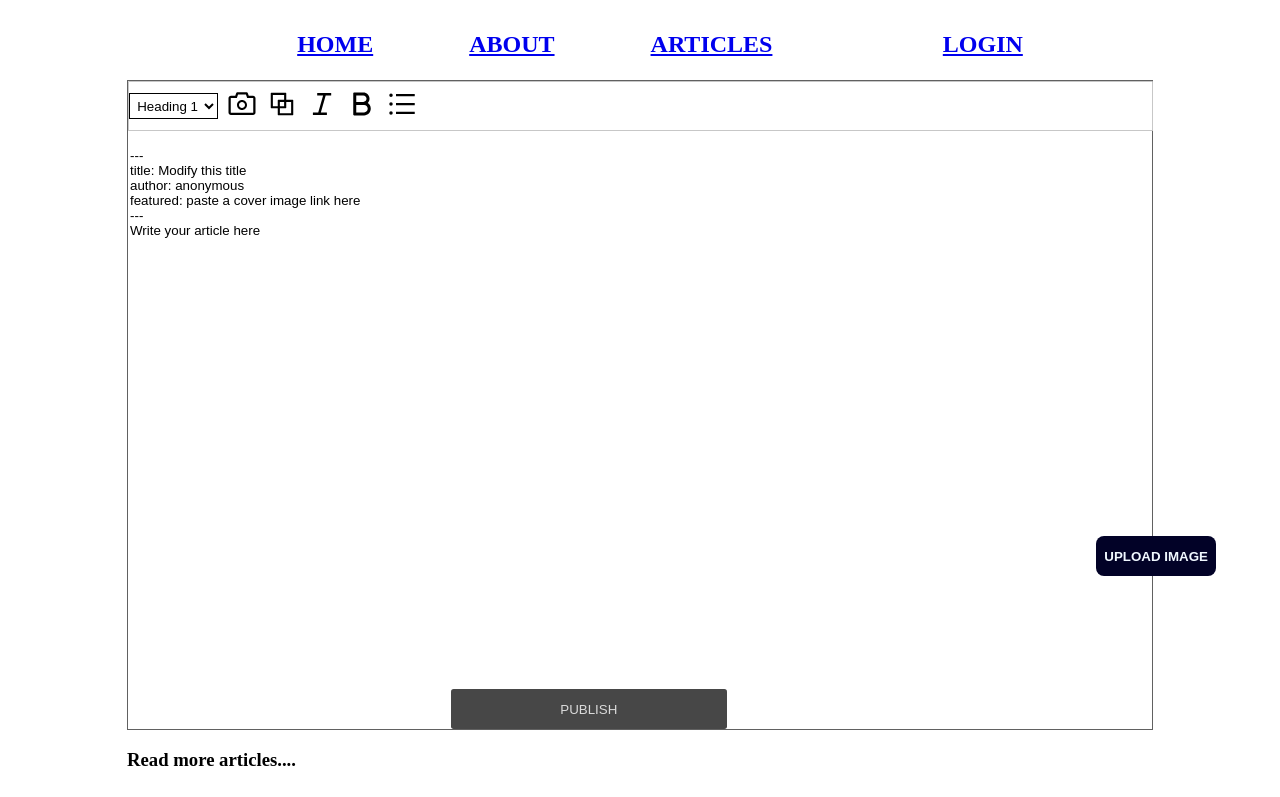
Repository: ValGrace/-static-site
Page: /articles (app in client/)
An editor plug-in stored every save of this project. The page is shown before and after the next save, followed by the edit.
The browser window is 1280 px wide. The pictures show the whole page.
The page's requests for data from a server got no answer. The project was rebuilt for these pictures with package versions that can differ from the ones it lists, and the page was loaded fresh each time. No one was signed in, and anything a server would have sent is missing. Also part of the build but not shown: client/vite.config.js, client/src/Components/Login.jsx, client/src/Components/Signup.jsx, client/src/Components/MidSection.jsx, client/src/Components/HomeSection.jsx, client/src/Components/TopSection.jsx, client/src/MdFiles/MdFileContext.js, client/src/Pages/HomePage.jsx and 1 more.

Above is the page before, as saved 2023-07-01 17:06:10.

### client/index.html
<!DOCTYPE html>
<html lang="en">
  <head>
    <meta charset="UTF-8" />
    <link rel="icon" type="image/svg+xml" href="/vite.svg" />
    <meta name="viewport" content="width=device-width, initial-scale=1.0" />
    <title>Static Site Generator</title>

  </head>
  <body>
    <div id="root"></div>
    <script type="module" src="/src/main.jsx"></script>
  </body>
</html>

### client/src/main.jsx
import React from 'react'
import ReactDOM from 'react-dom/client'
import App from './App'
import './index.css'
import { BrowserRouter } from 'react-router-dom'
ReactDOM.createRoot(document.getElementById('root')).render(
  <React.StrictMode>
    <BrowserRouter>
    <App />
    </BrowserRouter>
  </React.StrictMode>,
)

### client/src/App.jsx
import PageRouter from './Routing/PageRouter'
import './App.css'


function App() {

  return (
    <div className="App">
      <PageRouter />
    </div>
  )
}

export default App

### client/src/Routing/PageRouter.jsx
import Dashboard from "../Pages/Dashboard";
import HomePage from "../Pages/HomePage";
import { Routes, Route} from "react-router-dom"
import AboutPage from "../Pages/aboutPage";
import Articles from "../Pages/Articles";
const PageRouter = () => {
    return (
        <Routes>
            <Route exact path="/" element={ <HomePage />}/>
            <Route path="/login" element={ <Dashboard />}/>
            <Route path="/about" element={<AboutPage />} />
            <Route path="/articles" element={<Articles />} />

        </Routes>
    )
}

export default PageRouter

### client/src/App.css
.App {
  display: flex;
  flex-direction: column;
  justify-content: center;
  align-items: center;
  margin: 0;
  background-color: rgb(255, 255, 255);
}

### client/src/Pages/Dashboard.jsx
import React, { useReducer, useState} from 'react'
import Login from '../Components/Login'
import Signup from '../Components/Signup'
import "../Components/Inputs.css"
import { Link, useNavigate } from 'react-router-dom'
// import { useAuth } from '../Context/UserContext'
import { account } from '../Utils/appwrite'
const initialState = {page : <Login />}
function reducer(state, action) {
    switch(action.type) {
        case 'loginpage':
          return { page: <Login />}
        case 'signuppage':
            return { page: <Signup />}
        default:
            return { page: <h2>Loading....</h2>}
    }
}
const Dashboard = () => {
    const [state, dispatch] = useReducer(reducer, initialState)

    const [ error, setError] = useState('')
    const navigate = useNavigate()
    const ghostLogin = async() => {
        try {
            setError('')
            await account.createAnonymousSession();
            navigate("/")
        }
        catch {
             setError("Failed to Create anonymous account")
        }
    }
    return (
        <div className='dashboard'>
         <h2>Static Site Generator</h2>
         <div>Static site Image</div>
      <div className='dash' id='dash'>
            <div className='toggleForms'>
                <button onClick={() => dispatch({type: 'loginpage'})} className="type-btn">Login</button>
                <button onClick={() => dispatch({type: 'signuppage'})} className="type-btn">Signup</button>
                </div>
            <React.Fragment>{state.page}</React.Fragment>

            <button id="auth-btns" onClick={ghostLogin}>Login with Ghost account</button>
            <h5>{error}</h5>
         </div>
         <Link to="/home">Home</Link>
       </div>
    )
}

export default Dashboard

### client/src/Pages/Articles.jsx
import { useEffect, useRef, useState} from 'react'
import { Axios } from "axios"
import Navbar from '../Components/Navbar'
import { account } from '../Utils/appwrite'
// import { FaBold, FaItalic, FaList} from 'react-icons/fa'
import { AiOutlineItalic, AiOutlineUnorderedList, AiOutlineBold, AiOutlineBlock, AiOutlineCamera} from "react-icons/ai"

const Articles = () => {

  const input = useRef()
  const preview = useRef()

  const [userName] = useState("anonymous")
  const [headStyle, setHeadStyle] = useState("##")
  const [imageData, setImageData] = useState("")
  // const [title, setTitle] = useState('')
  const [currentUser, setCurrentUser] = useState("")
  const articleContext = `
---
title: Modify this title
author: ${currentUser ? currentUser : userName}
featured: paste a cover image link here
---
Write your article here
  `
  const [article, setarticle] = useState(articleContext)


  // get current user account
  const subscriber = () => {
    const unsubscribe = account.get()
    unsubscribe.then(function(promise){
       console.log(promise)
       setCurrentUser(promise.name)
    }, function(error) {
      console.log(error)
    })
    return unsubscribe
  }
  // fetch articles from api
  async function getData() {
    const response =  await fetch('/articles/')
    const postData = await response.json()
    console.log(postData)

  }
  useEffect(()=> {
    subscriber()
    getData()
  }, [])


  const headTwoEvent = (e) => {
    e.preventDefault()
    setHeadStyle(e.target.value)
    input.current.value += headStyle

  }

  const blockEvent = (e) => {
    e.preventDefault()
    input.current.value += "> "
  }

  const italicEvent = (e) => {
    e.preventDefault()
    input.current.value += "*edit this italic text*"
  }

  const boldEvent = (e) => {
    e.preventDefault()
    input.current.value += "**edit this bold text**"
  }
  const editPost = (event) => {
     setarticle(event.target.value)
  }
  const listEvent = (e) => {
      e.preventDefault()
      input.current.value += "\n- "
  }

   const [imageSelected, setImageSelected] = useState()
   const uploadImage = async() => {
    const formdData = new FormData()
    formdData.append("file", imageSelected)
    formdData.append("upload_preset", "blogsite")
    // formData.append("cloud_name", "dnjzdxki1")
    let data = ""
    await Axios.post("https://api.cloudinary.com/v1_1/dnjzdxki1/image/upload", formdData).then((response)=>{
      console.log(response)
      data = response.data["secure_url"]
      setImageData(data)
    })
    input.current.value += `![add alt text here](${imageData})`
    return data
   }
    return (
        <>
          <Navbar />
          <div className="articles">
          <button onClick={uploadImage} className="btn-edit"> Upload Image</button>
            <form className="md-editor" method='post' action='/articles/' encType='multipart/form-data'>

            <div className='article-area'>

              <div className='article-icons'>
                <select value={headStyle} onChange={headTwoEvent}>
                  <option value="# ">Heading 1</option>
                  <option value="## ">Heading 2</option>
                  <option value="### ">Heading 3</option>
                </select>
                              <div>
                <label htmlFor='inputFile'>
                <AiOutlineCamera size="2em"/>
                <input type='file' onChange={(event) => setImageSelected(event.target.files[0])} id="inputFile" accept='image/*'/>
                </label>


                {/* <Image cloudName="" publicId="" /> */}
                </div>
                <span onClick={blockEvent}><AiOutlineBlock size="2em"/></span>
                <span onClick={italicEvent}><AiOutlineItalic size="2em"/></span>
                <span onClick={boldEvent}><AiOutlineBold size="2em"/></span>
                <span onClick={listEvent}><AiOutlineUnorderedList size="2em"/></span>

                </div>

                <textarea value={article} ref={input} onChange={editPost} id='txtarea' name='article'/>
            </div>
            <div className="md-btns">

                <input type='submit' id="md-btn" value='Publish' />
            </div>
            </form>

            <div id="preview" ref={preview}></div>
            <div>

                <h3>Read more articles....</h3>

            </div>
          </div>
        </>
    )
}

export default Articles













//   const submitForm = () => {
//     fetch("/articles/", {
//         method: "POST",
//         headers: {
//             "Content-Type": "application/json",
//         },
//         body: article

//     })
// }

### client/src/Components/Inputs.css
form, #dash {
    width: 80vw;
}
.signupForm, .dash, .dashboard {
   display: flex;
   flex-direction: column;
   justify-content: center;
   align-items: center;
   gap: 0.8em;
}

input, button {
    width: 80%;
    height: 3em;
    background-color: transparent;
    color: black;
}

#sign {
   width: 40vw;
}

.toggleForms {
    display: grid;
    grid-template-columns: 50% 50%;
    gap: 0.4em;
    justify-content: center;
    align-items: center;
}

#inptitle, .article-icons{
   width: 100%;
   border: 0.5px solid rgb(199, 199, 199);
   border-radius: 0.7%;

}

.article-icons {
    width: 79.9vw;
    height: 3em;
    display: flex;
    flex-direction: row;
    align-items: center;
    gap: 0.5em;
}

.article-area {
   margin-top: 0;
   display: flex;
   flex-direction: column;
   height: 90vh;

}

.type-btn {
    background-color: rgb(2, 2, 133);
    border: none;
    width: 20vw;
    border-radius: 8px;
    text-transform: uppercase;
    color: aliceblue;
    font-weight: 700;
}

.type-btn:hover {
   background-color: rgb(1, 1, 22);
}

#auth-btns {
    text-transform: uppercase;
    font-weight: 700;
}

select, option {
    border: 0.08em solid black;
    background-color: transparent;
    font-weight: 500;
    padding: 0.2rem;
}

input[type=file] {
   display: none;
}

label {
    cursor: pointer;
}

### client/src/Utils/appwrite.js
import {Client, Account} from "appwrite"

const client = new Client()

client.setEndpoint("https://cloud.appwrite.io/v1").setProject("64940746ea62d29f596e")

export const account = new Account(client)

### client/src/Components/Navbar.jsx
import { useState } from "react"
import {HiBars3BottomLeft} from 'react-icons/hi2'
import { FaTimes} from 'react-icons/fa'
import { Link} from 'react-router-dom'
import "./Navbar.css"
const Navbar = () => {
    const [clickbar, setClickbar] = useState(false)
    return (
           <>


        <nav id="bar" onClick={()=>setClickbar
        (!clickbar)}>{clickbar ? <>
           <FaTimes size="2em"/>

            <ul>
               <Link to="/"><li>home</li></Link>
                <Link to="/about"><li>about</li></Link>
                <Link to="/articles"><li>articles</li></Link>
                <Link to="/login"><li>Login</li></Link>
            </ul>

        </>: <HiBars3BottomLeft size="2em"/>}
        </nav>

        <nav id="pages">
        <ul>
                <Link to="/"><li>home</li></Link>
                <Link to="/about"><li>about</li></Link>
                <Link to="/articles"><li>articles</li></Link>
            </ul>
            <ul>
                <li><Link to="/login">Login</Link></li>
            </ul>

</nav>
        </>
    )
}

export default Navbar

### client/src/Components/InfoPage.css
#about-page {
    font-size:2rem;
    text-transform: capitalize;

    width: 80vw;

    text-align: center;
}

.about-mid {
   display: flex;
   gap: 0.4rem;
   flex-wrap: wrap;
   flex-direction: column;
}

.about-info, .abt-context {
    /* width: 25vw; */
    display: flex;
    flex-direction: column;

}
#context {
    width: 75vw;
}

.abt-img {
    background-color: rgba(54, 4, 4, 0.685);
    width: 40vw;

}

.abt-img > img {
    width: 100%;
    height: 100%;
}


.md-editor {
    width: 80vw;
    height: 90vh;
    margin: auto;
    display: flex;
    flex-direction: column;
    border: 0.5px solid rgb(97, 97, 97);

}

.footer {
    background-color: rgb(65, 64, 64);
    padding: 0.8em;
    width: 99%;
    text-align: center;
    color: rgba(247, 237, 225, 0.938);
    border-radius: 0.4em;
}

#txtarea {
    resize: none;
    width: 100%;
    height: 60vh;
    background-color: transparent;
    border: none;
    font-family: 'Acme', sans-serif;
}
.md-edit {
    position: absolute;
    width: 80vw;
    height: 90vh;
    top: 10%;
    background-color: rgb(0, 0, 0);
    display: flex;
    flex-direction: column;
    align-items: center;
    gap: 0.4em;
}

.md-edit > textarea {
    resize: none;
    width: 90%;
    height: 80%;
    background-color: rgb(29, 28, 28);
    color: rgba(240, 248, 255, 0.932);
    border-radius: 8px;
    border: none;

}

.md-btns {
    display: flex;
   justify-content: center;
   align-items: center;
    gap: 0.7em;
    width: 90%;
}

#md-btn {
    width: 30%;
    background-color: rgb(71, 71, 71);
    color: rgb(218, 218, 218);
    text-transform: uppercase;
    font-weight: 400;
    border: none;
    border-radius: 0.2em;

}
@media screen and (min-width: 670px) {
    #abt-info {
        flex-direction: row-reverse;
    }
    .about-info, .abt-context {
        flex-direction: row;
        justify-content: center;
        gap: 0.8em;

    }
    .abt-pg {
        display: flex;
        flex-direction: column;
        width: 40vw;
    }
    .abt-img {
        width: 40vw;
    }

}

### client/src/Components/Navbar.css
nav {
    width: 70vw;
    height: 10vh;
    display: flex;
}

nav > ul{
  display: flex;
  flex-direction: row;
  text-transform: uppercase;
  list-style-type: none;
  justify-content: center;
  align-items: center;
  gap: 4em;
  font-weight: 600;
  font-size: 1.5rem;
  flex-grow: 1;
  text-decoration: none;
}

ul > li {
    text-decoration: none;
    text-decoration-style: none;
    color: orange;
}

.topsection {
    background-image: url("../assets/pwbg.jpg");
    color: rgb(231, 228, 228);
    width: 98vw;
    height: 70vh;
    background-size: cover;
    display: flex;
    flex-direction: column;
    align-items: center;

    position: relative;
    z-index: 1;
}

.topsection-cover {
    position: absolute;
    left: 0;
    bottom: 0;
    width: 100%;
    height: 100%;
    background-color: rgba(0, 0, 0, 0.719);
    z-index: -1;
}

#top-text {
    width: 65vw;
    left: 40%;
    height: 80%;
    display: flex;
    flex-direction: column;
    justify-content: center;

}

#top-text > h2 {
    font-size: 4.5rem;
    text-transform: capitalize;
    margin: 0;
    /* float: left; */
}

#top-text > p {
    float: right;

}

.head-section {
    display: flex;
    width: 90vw;
    gap: 0.5em;
    flex-wrap: wrap;
}

.head-img {
    background-color: rgb(14, 13, 29);
    width: 90%;
    /* border-radius: 0.9em; */
    height: 45vh;
    box-shadow: rgba(0, 0, 0, 0.25) 0px 14px 28px;
    margin-left: 0;
    justify-self: left;
}

.head-img > img {
    width: 100%;
    height: 100%;
    border-radius: 0.9em;
}

.side-section {
    display: flex;
    flex-direction: row;
    height: 100vh;
    background-color: rgba(255, 255, 255, 0.973);
    gap: 0.3rem;
    width: 100%;
}

.side-img {
    background-color: black;
    width: 5rem;
    height: 4rem;
    border-radius: 50%;
}

.side-blogs > h4, .side-blogs > p {
    margin: 0;
}

.btn-edit {
    position: fixed;
    right: 5%;
    bottom: 20%;
    width: auto;
    padding: 8px;
    background-color: rgb(2, 2, 39);
    color: aliceblue;
    text-transform: uppercase;
    font-weight: 600;
    border: none;
    border-radius: 8px;
}
.site-descr {
    width:100%;
    background-color: rgba(226, 226, 226, 0.699);
    border-radius: 9px;
    /* margin-top: 0.9rem; */
    display: flex;
    /* gap: 0.4rem; */
    /* padding: 3.4rem; */
    height: 25vh;
    margin-bottom: 3em;
}

#pages > ul {

    flex-direction: column;
}

.site-descr > p {
    width: 75%;
}
.site-sep {
    width: 0.1rem;
    height: 90%;
    background-color: rgb(2, 2, 39);
    margin-right: 0.7rem;
}


.value-section {
   width: 80vw;
    display: flex;
    gap: 2.8rem;
    flex-wrap: wrap;
    /* color: rgb(20, 20, 20); */
    justify-content: center;
    align-items: center;
}

.single-value {
    box-shadow:
		5px 1px 5px rgb(97, 96, 96),
        0 5px 7px 2px rgba(32, 32, 32, 0.733);
    border-radius: 10px;
    background-color: rgba(26, 25, 25, 0.863);
    padding: 0.4em;
    width: 15em;
    height: 16em;
}

#icon-section {
    width: 100%;
    height: 40%;
    display:flex;
    justify-content: center;
    align-items: center;
}



@media screen and (min-width: 1200px) {
    #bar {
      display: none;
    }
    #pages > ul{
        flex-direction: row;
    }

  }

@media screen and (max-width: 1200px) {
    #pages {
      display: none;
    }
   #bar {
        flex-direction: column;

    }
    #bar > ul {
        flex-direction: column;
        gap: 2em;
        background-color: rgba(255, 255, 255, 0.979);
        color: rgb(2, 6, 56);
        width: 90vw;
        height: 70vh;
        position: absolute;
        top: 0;
        right: 0;
    }
}

### client/src/index.css
/* :root {
  font-family: 'Acme', sans-serif;
  line-height: 1.5;
  font-weight: 400;

  color-scheme: light dark;
  color: rgba(7, 7, 7, 0.87);
  background-color: #000000b4;
  padding: 0;
  margin: 0;
  font-synthesis: none;
  text-rendering: optimizeLegibility;
  -webkit-font-smoothing: antialiased;
  -moz-osx-font-smoothing: grayscale;
  -webkit-text-size-adjust: 100%;
} */

/* a {
  font-weight: 500;
  color: #646cff;
  text-decoration: inherit;
}
a:hover {
  color: #535bf2;
}

body {
  margin: 0;
  display: flex;
  place-items: center;
  min-width: 320px;
  min-height: 100vh;
}

h1 {
  font-size: 3.2em;
  line-height: 1.1;
}

button {
  border-radius: 8px;
  border: 1px solid transparent;
  padding: 0.6em 1.2em;
  font-size: 1em;
  font-weight: 500;
  font-family: inherit;
  background-color: #1a1a1a;
  cursor: pointer;
  transition: border-color 0.25s;
}
button:hover {
  border-color: #646cff;
}
button:focus,
button:focus-visible {
  outline: 4px auto -webkit-focus-ring-color;
}

@media (prefers-color-scheme: light) {
  :root {
    color: #213547;
    background-color: #ffffff;
  }
  a:hover {
    color: #747bff;
  }
  button {
    background-color: #f9f9f9;
  }
} */

After the next save:
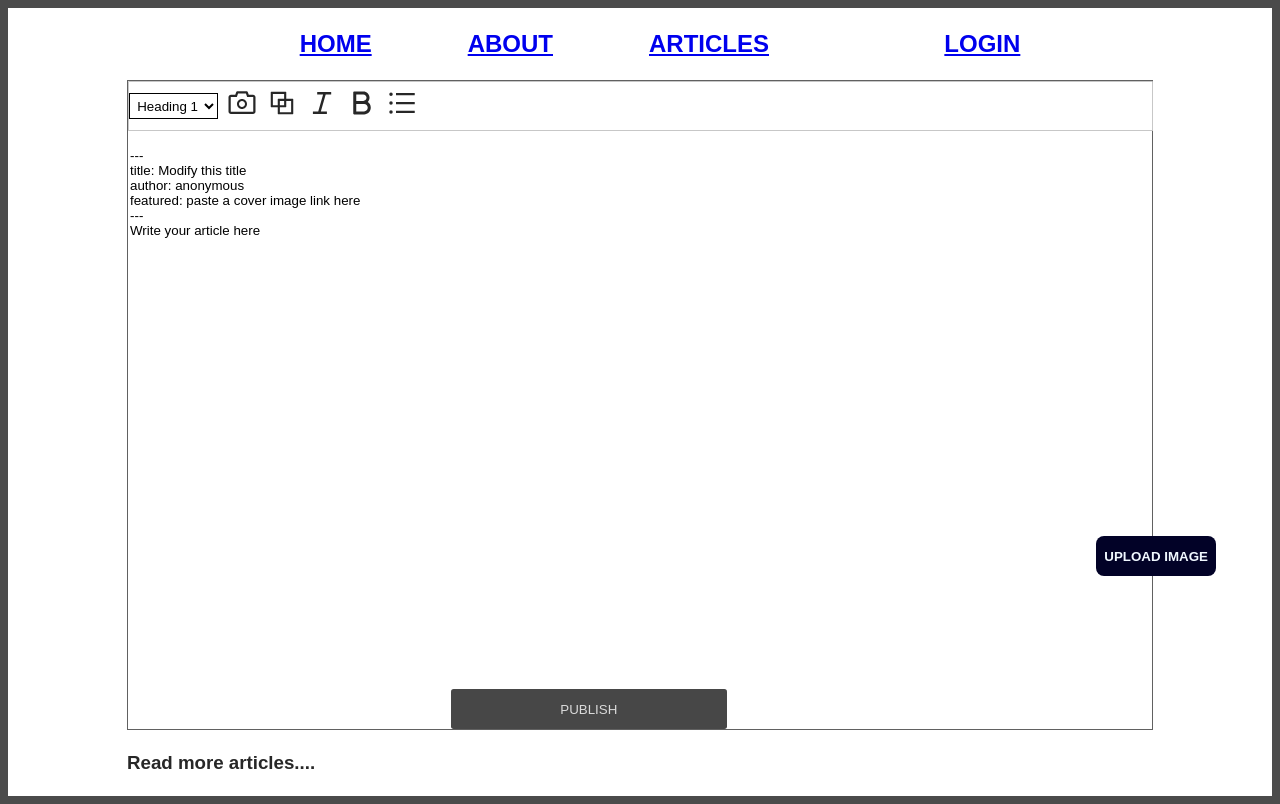
Saved 36 s later.
--- a/client/src/index.css
+++ b/client/src/index.css
@@ -1,4 +1,4 @@
-/* :root {
+:root {
   font-family: 'Acme', sans-serif;
   line-height: 1.5;
   font-weight: 400;
@@ -13,7 +13,7 @@
   -webkit-font-smoothing: antialiased;
   -moz-osx-font-smoothing: grayscale;
   -webkit-text-size-adjust: 100%;
-} */
+}
 
 /* a {
   font-weight: 500;
